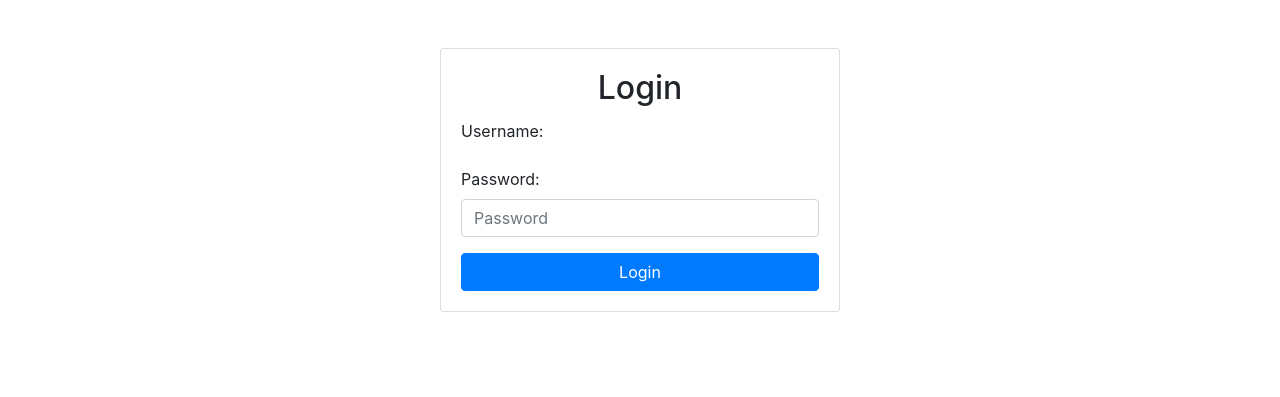
Repository: apps-eduard/TH_MONITORING_v1
Page: http://localhost/user_profile/login/
The author's editor kept a copy of each file at every save. The page is drawn from the files as they stood at one save, then again after the next save.
The browser window is 1280 px wide. The pictures show the whole page.
Some web libraries are served in a nearby version. The page is served by the project's application, run on Django 5.2 (manage.py). Other server files are loaded and not shown.

Above is the page before, as saved 2024-03-26 13:30:36.

### user_profile/templates/user_profile/login.html
{% extends 'base.html' %}

{% block content %}
<div class="container">
    <div class="card mx-auto mt-5" style="max-width: 400px;">
        <div class="card-body">
            <h2 class="card-title text-center">Login</h2>
            <form method="post">
                {% csrf_token %}
                <div class="form-group">
                    <label for="{{ form.username.id_for_label }}">Username:</label>
                    {{ form.username }}
                </div>
                <div class="form-group">
                    <label for="{{ form.password.id_for_label }}">Password:</label>
                    {{ form.password }}
                </div>

                <button type="submit" class="btn btn-primary btn-block">Login</button>
            </form>

        </div>
    </div>
</div>
{% endblock %}

### templates/base.html
<!DOCTYPE html>
<html lang="en">
<head>
    <meta charset="UTF-8">
    <meta name="viewport" content="width=device-width, initial-scale=1.0">
    <title>{% block title %}Your Site{% endblock %}</title>
    <link href="https://stackpath.bootstrapcdn.com/bootstrap/4.5.2/css/bootstrap.min.css" rel="stylesheet">
</head>
<body>
    {% if show_navbar %}
    <!-- Navbar -->
    <nav class="navbar navbar-expand-lg navbar-light bg-light">
        <a class="navbar-brand" href="#">Project Name</a>
        <button class="navbar-toggler" type="button" data-toggle="collapse" data-target="#navbarNav" aria-controls="navbarNav" aria-expanded="false" aria-label="Toggle navigation">
            <span class="navbar-toggler-icon"></span>
        </button>
        <div class="collapse navbar-collapse" id="navbarNav">
            <ul class="navbar-nav ml-auto">
                {% if user.is_authenticated %}
                    <li class="nav-item dropdown">
                        <a class="nav-link dropdown-toggle" href="#" id="navbarDropdown" role="button" data-toggle="dropdown" aria-haspopup="true" aria-expanded="false">
                            {{ user.get_full_name|default:user.email }}
                        </a>
                        <div class="dropdown-menu" aria-labelledby="navbarDropdown">
                            <a class="dropdown-item" href="#">Profile</a>
                            <a class="dropdown-item" href="{% url 'user_profile:logout' %}">Logout</a>
                        </div>
                    </li>
                {% else %}
                    {% comment %} <li class="nav-item">
                        {% if user.is_authenticated %}
                        <a class="nav-link"  href="{% url 'user_profile:edit-profile' %}" onclick="console.log('User is authenticated')">Edit Profile</a>
                        {% else %}
                            <a class="nav-link"  href="{% url 'user_profile:edit-profile' %}" onclick="console.log('User is not authenticated')">Edit Profile</a>
                        {% endif %}
                    </li> {% endcomment %}
                    <li class="nav-item">
                        <a class="nav-link"  href="{% url 'user_profile:edit-profile' %}" onclick="console.log('User is not authenticated')">Edit Profile</a>
                    </li>
                    <li class="nav-item">
                        <a class="nav-link" href="{% url 'register' %}">Register</a>
                    </li>
                {% endif %}
            </ul>
        </div>
    </nav>
    {% endif %}

{% block content %}
{% endblock %}

<script src="https://code.jquery.com/jquery-3.5.1.slim.min.js"></script>
<script src="https://cdn.jsdelivr.net/npm/@popperjs/core@2.5.2/dist/umd/popper.min.js"></script>
<script src="https://stackpath.bootstrapcdn.com/bootstrap/4.5.2/js/bootstrap.min.js"></script>
</body>
</html>

### user_profile/forms.py
from django import forms
from django.contrib.auth.forms import UserCreationForm
from django.contrib.auth.forms import UserChangeForm
from .models import User

class UserRegistrationForm(UserCreationForm):
    email = forms.EmailField()
    first_name = forms.CharField(max_length=30)
    last_name = forms.CharField(max_length=30)

    class Meta:
        model = User
        fields = ['email', 'first_name', 'last_name', 'password1', 'password2']

class ProfileForm(UserChangeForm):
    class Meta:
        model = User
        fields = ['email', 'first_name', 'last_name']

class LoginForm(forms.Form):
    email = forms.EmailField(widget=forms.TextInput(attrs={'class': 'form-control', 'placeholder': 'Username', }) )
    password = forms.CharField(widget=forms.PasswordInput(attrs={'class': 'form-control', 'placeholder': 'Password', }))

### user_profile/views.py

from django.shortcuts import render, redirect
from django.contrib.auth import authenticate, login
from .forms import UserRegistrationForm, LoginForm
from django.contrib.auth.forms import AuthenticationForm
from django.urls import reverse
from django.contrib.auth import logout
from django.contrib import messages
from django.contrib.auth.decorators import login_required
from .forms import ProfileForm

# @login_required
def edit_profile_view(request):
    if request.method == 'POST':
        form = ProfileForm(request.POST, instance=request.user.profile)
        if form.is_valid():
            form.save()
            return redirect('user_profile:profile')  # Redirect to profile page after successful edit
    else:
        form = ProfileForm(instance=request.user.profile)

    return render(request, 'user_profile/edit_profile.html', {'form': form})


def register(request):
    if request.method == 'POST':
        form = UserRegistrationForm(request.POST)
        if form.is_valid():
            form.save()
            # Redirect to login page after successful registration
            return redirect('user_profile:login')  # Using redirect with the name of the login url pattern
    else:
        form = UserRegistrationForm()
    return render(request, 'user_profile/register.html', {'form': form, 'show_navbar': False})

def login_view(request):
    if request.method == 'POST':
        form = LoginForm(data=request.POST)
        form = UserRegistrationForm(request.POST)
        if form.is_valid():
            form.save()
            # Redirect to the th_monitoring page
            return redirect('th_monitoring:dashboard')
    else:
        form = LoginForm()
    return render(request, 'user_profile/login.html', {'form': form, 'show_navbar': False})

def register_view(request):
    if request.method == 'POST':
        form = UserRegistrationForm(request.POST)
        if form.is_valid():
            form.save()
            return redirect('user_profile:login')  # Redirect to login page after successful registration
    else:
        form = UserRegistrationForm()

    return render(request, 'user_profile/register.html', {'form': form})

def logout_view(request):
    logout(request)
    messages.add_message(request, messages.SUCCESS, 'You have successfully logged out.')
    return redirect('/user_profile/login/')

### core/urls.py
from django.contrib import admin
from django.urls import path, include
from user_profile.views import login_view

urlpatterns = [
    path('admin/', admin.site.urls),
    path('', login_view, name='login'),
    path('th_monitoring/', include('th_monitoring.urls', namespace='th_monitoring')),
    path('user_profile/', include(('user_profile.urls', 'user_profile'), namespace='user_profile')),


]

### th_monitoring/urls.py
# th_monitoring/urls.py

from django.urls import path
from . import views

app_name = 'th_monitoring'

urlpatterns = [
    path('', views.monitoring_dashboard, name='dashboard'),
]

### user_profile/urls.py
from django.urls import path
from .views import login_view, logout_view, register
from . import views   # Import the views module

app_name = 'user_profile'  # This is the namespace for the URLs in this app

urlpatterns = [
    path('login/', login_view, name='login'),
    path('register/', register, name='register'),
    path('logout/', logout_view, name='logout'),
    path('edit-profile/', views.edit_profile_view, name='edit_profile'),


]

After the next save:
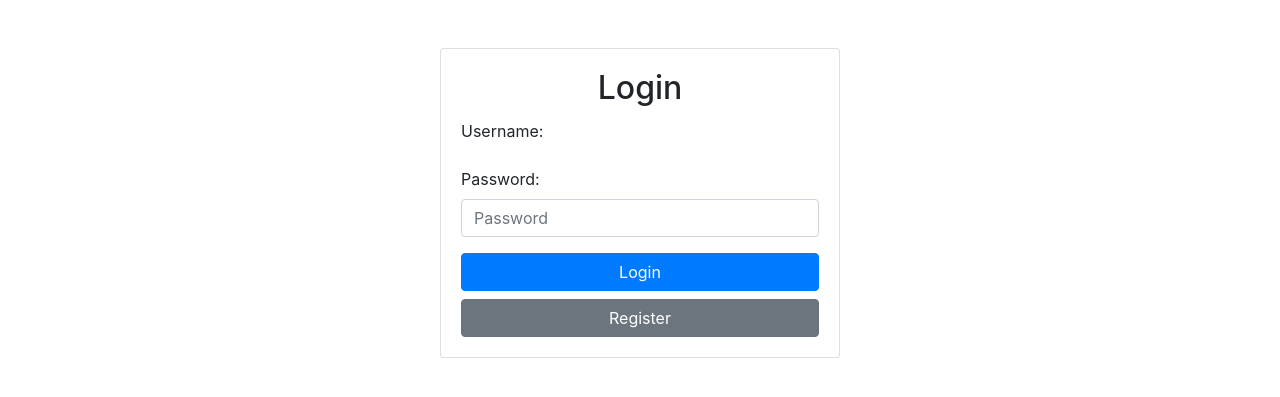
Saved 4 s later.
--- a/user_profile/templates/user_profile/login.html
+++ b/user_profile/templates/user_profile/login.html
@@ -17,6 +17,7 @@
                 </div>
 
                 <button type="submit" class="btn btn-primary btn-block">Login</button>
+                <a href="{% url 'user_profile:register' %}" class="btn btn-secondary btn-block">Register</a>
             </form>
 
         </div>
